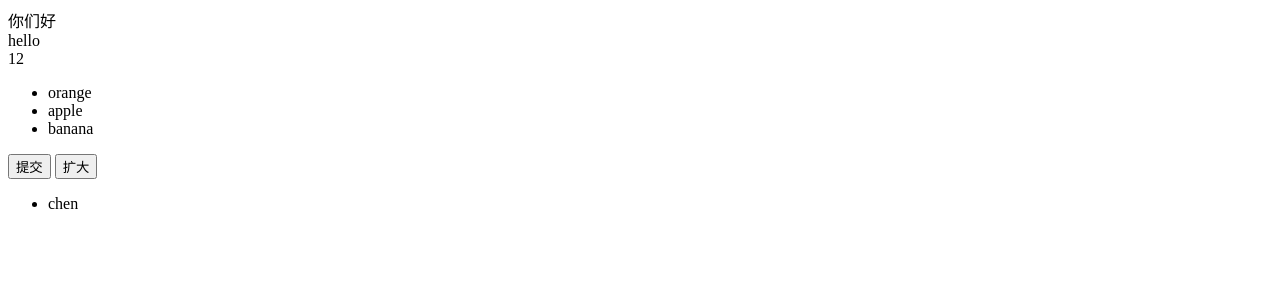
Repository: chenguocan/Vue_component
Page: props属性值类型.html
An editor plug-in stored every save of this project. The page is shown before and after the next save, followed by the edit.
The browser window is 1280 px wide. The pictures show the whole page.

Above is the page before, as saved 2020-07-23 15:40:55.

### props属性值类型.html
<!DOCTYPE html>
<html lang="en">
  <head>
    <meta charset="UTF-8" />
    <meta name="viewport" content="width=device-width, initial-scale=1.0" />
    <title>Document</title>
  </head>
  <body>
    <div id="app">
      <div v-bind:style={fontSize:fontSize+"px"}>你们好</div>
      <item-com
        :title="str"
        :num="12"
        :arr="arr"
        :people="peo"
        v-on:enlarge-text="handle"
      ></item-com>
    </div>
  </body>
  <script src="./js/vue.js"></script>
  <script>
    Vue.component("item-com", {
      props: ["title", "num", "arr", "people"],
      template: `
      <div>{{title}}
      <div>{{num}}</div>
      <ul>
         <li v-for="(item,index) in arr">{{item}}</li>
      </ul>
      <button @click="arr.push('lemon')">提交</button>
      <button v-on:click='$emit("enlarge-text")''>扩大</button>
      <ul>
      <li>
         {{people.name}}
      </li>
      </ul>
      </div>

        `,
    });

    let app = new Vue({
      el: "#app",
      data: {
        str: "hello",
        num: "12",
        arr: ["orange", "apple", "banana"],
        peo: {
          name: "chen",
          age: "18",
          profession: "doctor",
          fontSize: "10",
        },
        handle: function () {
          this.fontsize++;
        },
      },
    });
  </script>
</html>

Loaded but not shown: js/vue.js (library)

After the next save:
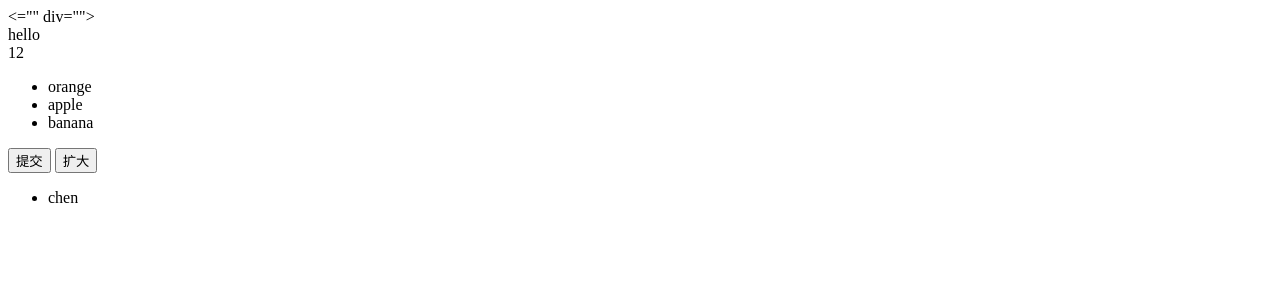
Saved 29 s later.
--- a/props属性值类型.html
+++ b/props属性值类型.html
@@ -7,7 +7,7 @@
   </head>
   <body>
     <div id="app">
-      <div v-bind:style={fontSize:fontSize+"px"}>你们好</div>
+      <div v-bind:style="{fontSize:fontSize+'px'}"你们好</div>
       <item-com
         :title="str"
         :num="12"

After the save that followed:
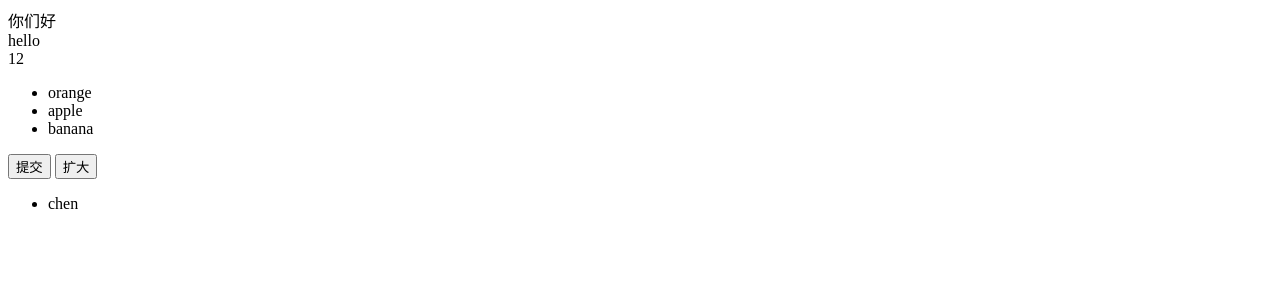
Saved 10 s later.
--- a/props属性值类型.html
+++ b/props属性值类型.html
@@ -7,7 +7,7 @@
   </head>
   <body>
     <div id="app">
-      <div v-bind:style="{fontSize:fontSize+'px'}"你们好</div>
+      <div v-bind:style="{fontSize:fontSize+'px'}">你们好</div>
       <item-com
         :title="str"
         :num="12"
